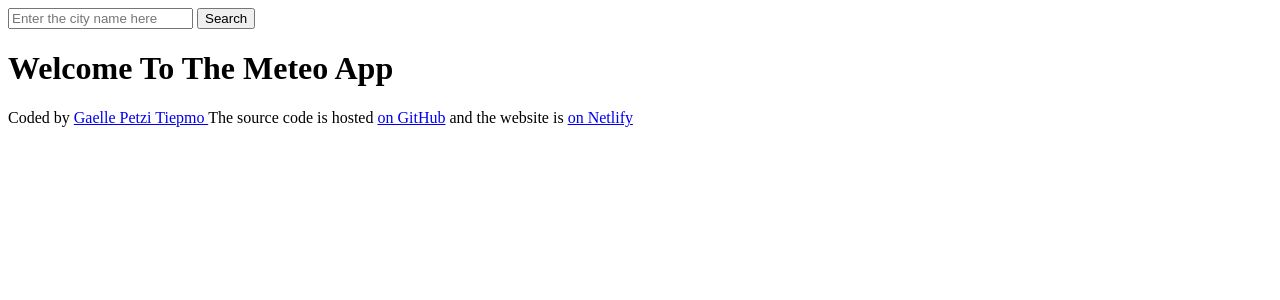
Repository: OnwardForward/meteo.by.gaelle
Page: meteo.appbygaelle.html
An editor plug-in stored every save of this project. The page is shown before and after the next save, followed by the edit.
The browser window is 1280 px wide. The pictures show the whole page.

Above is the page before, as saved 2024-04-18 13:48:48.

After the next save:
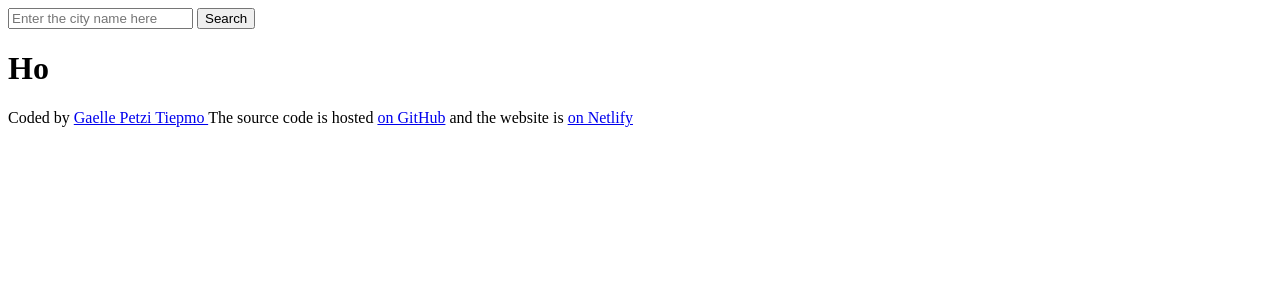
Saved 8 s later.
--- a/meteo.appbygaelle.html
+++ b/meteo.appbygaelle.html
@@ -14,7 +14,7 @@
    </header>
    <main>
     <div>
-        <h1>Welcome To The Meteo App</h1>
+        <h1>Ho</h1>
     </div>
    </main>
 
